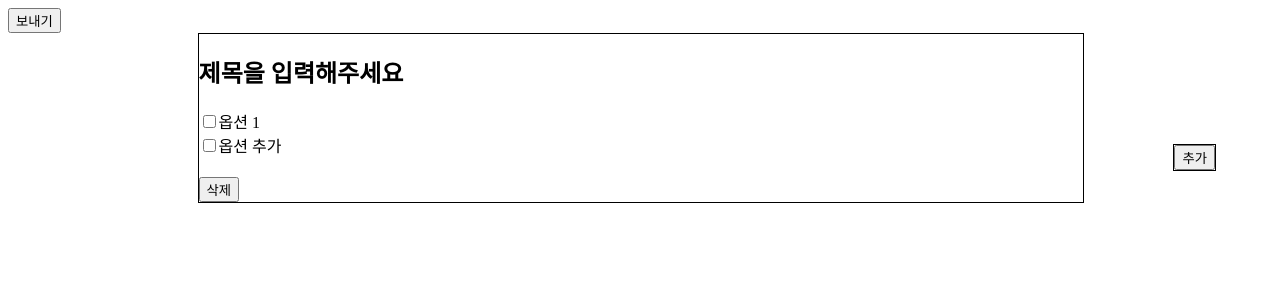
Repository: binigy97/VoteStie
Page: voteWeb/src/main/resources/static/index.html
An editor plug-in stored every save of this project. The page is shown before and after the next save, followed by the edit.
The browser window is 1280 px wide. The pictures show the whole page.

Above is the page before, as saved 2022-02-23 22:09:35.

After the next save:
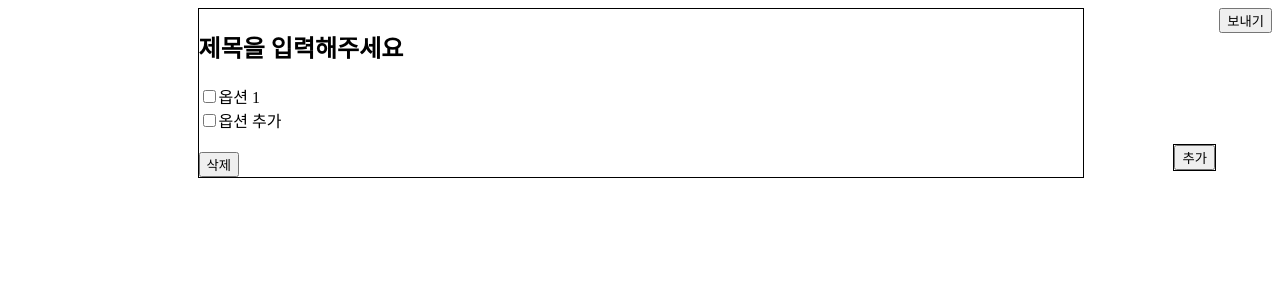
Saved 57 s later.
--- a/voteWeb/src/main/resources/static/index.html
+++ b/voteWeb/src/main/resources/static/index.html
@@ -5,6 +5,9 @@
 <title>투표 사이트</title>
 </head>
 <style>
+header > button {
+	float: right;
+}
 section {
 	width: 70%;
 	margin: 0 auto;
